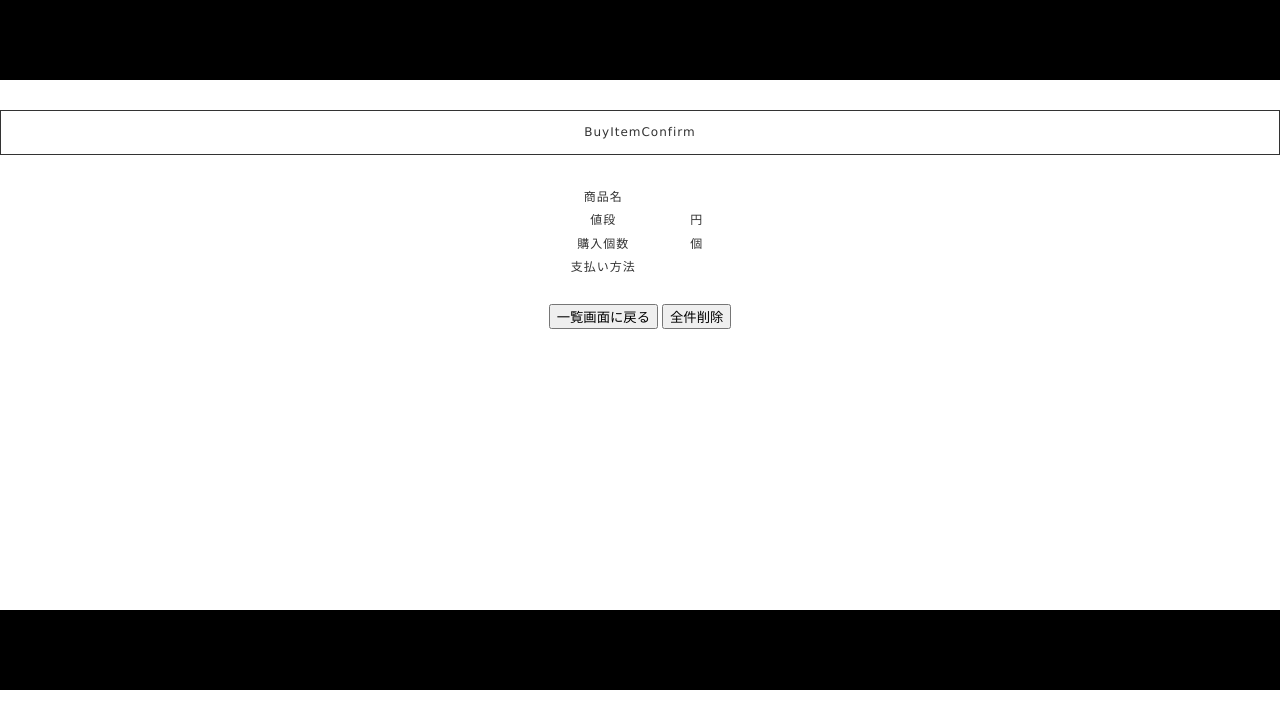
Repository: hirose0320/test
Page: http://localhost/ecsite2/userListDeleteConfirm.jsp
These files come from the project's save history. The page is drawn as it stood at one moment and after the next save; the edit follows.
The browser window is 1280 px wide. The pictures show the whole page.
Some web libraries are served in a nearby version. The page is served by Tomcat 9. Other server files are loaded and not shown.

Above is the page before, as saved 2019-03-07 01:49:49.

### ecsite2/WebContent/userListDeleteConfirm.jsp
<%@ page language="java" contentType="text/html; charset=UTF-8"
	pageEncoding="UTF-8"%>
<%@ taglib prefix="s" uri="/struts-tags"%>
<!DOCTYPE html>
<html>
<head>
<meta http-equiv="Content-Type" content="text/html; charset=UTF-8" />
<meta http-equiv="Content-Style-Type" content="text/css" />
<meta http-equiv="Content-Script-Type" content="text/javascript" />
<meta http-equiv="imagetoolbar" content="no" />
<meta name="description" content="" />
<meta name="keywords" content="" />
<script src="http://ajax.googleapis.com/ajax/libs/jquery/1.9.1/jquery.min.js
"></script>
<title>削除確認画面</title>

<style type="text/css">
body {
	margin: 0;
	padding: 0;
	line-height: 1.6;
	letter-spacing: 1px;
	font-family: Verdana, Helvetica, sans-serif;
	font-size: 12px;
	color: #333;
	background: #fff;
}

table {
	text-align: center;
	margin: 0 auto;
}

#top {
	width: 780ox;
	margin: 30px auto;
	border: 1px solid #333;
}

#header {
	width: 100%;
	height: 80px;
	background-color: black;
}

#main {
	width: 100%;
	height: 500px;
	text-align: center;
}

#footer {
	width: 100%;
	height: 80px;
	background-color: black;
	clear: both;
}
</style>
<script type="text/javascript">
	function submitAction(url) {
		$('form').attr('action', url);
		$('form').submit();
	}
</script>

</head>
<body>
	<div id="header">
		<div id="pr"></div>
	</div>
	<div id="main">
		<div id="top">
			<p>BuyItemConfirm</p>
		</div>
		<div>

			<s:form>
				<tr>
					<td>商品名</td>
					<td><s:property value="session.buyItem_name" /></td>
				</tr>
				<tr>
					<td>値段</td>
					<td><s:property value="session.total_price" /> <span>円</span></td>
				</tr>
				<tr>
					<td>購入個数</td>
					<td><s:property value="session.count" /><span>個</span></td>
				</tr>
				<tr>
					<td>支払い方法</td>
					<td><s:property value="session.pay" /></td>
				</tr>
				<tr>
					<td><br></td>
				</tr>
				<tr>
					<td><input type="button" value="一覧画面に戻る"
						onclick="submitAction('UserListAction')" /></td>
					<td><input type="button" value="全件削除"
						onclick="submitAction('UserListDeleteCompleteAction')" /></td>

				</tr>
			</s:form>

		</div>
	</div>
	<div id="footer">
		<div id="pr"></div>
	</div>
</body>
</html>

After the next save:
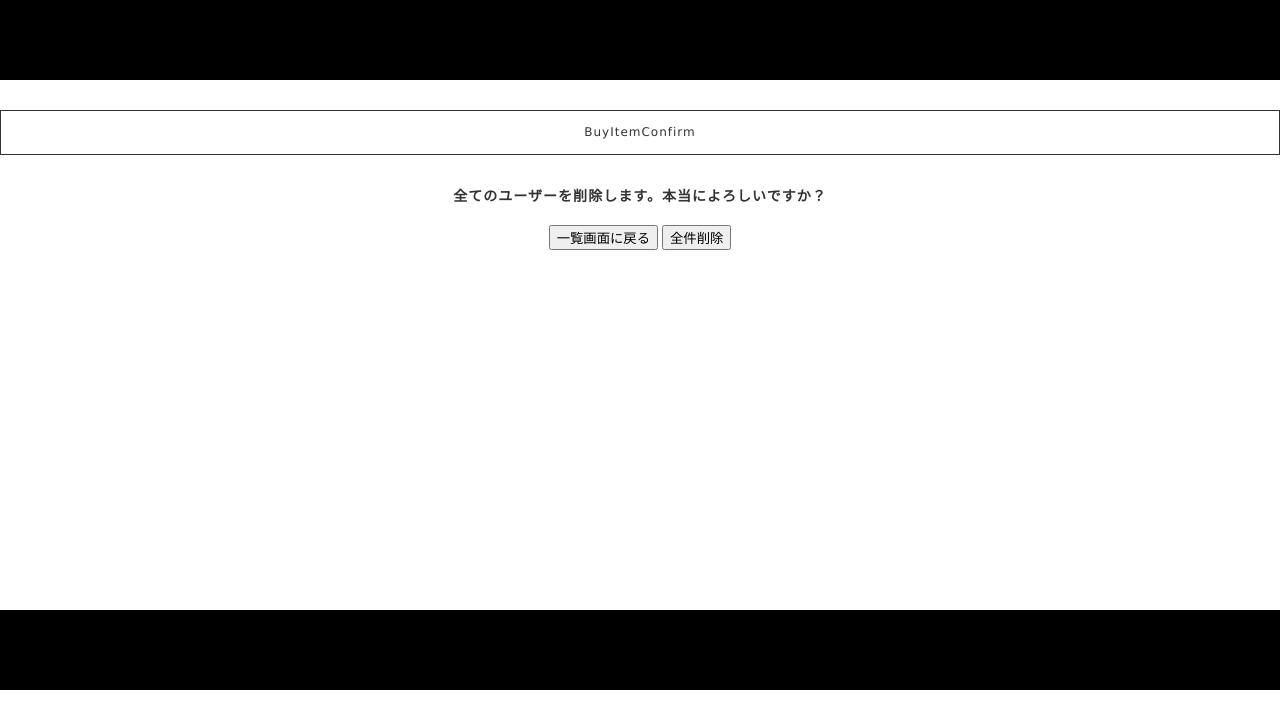
Saved 119 s later.
--- a/ecsite2/WebContent/userListDeleteConfirm.jsp
+++ b/ecsite2/WebContent/userListDeleteConfirm.jsp
@@ -75,25 +75,7 @@
 		<div>
 
 			<s:form>
-				<tr>
-					<td>商品名</td>
-					<td><s:property value="session.buyItem_name" /></td>
-				</tr>
-				<tr>
-					<td>値段</td>
-					<td><s:property value="session.total_price" /> <span>円</span></td>
-				</tr>
-				<tr>
-					<td>購入個数</td>
-					<td><s:property value="session.count" /><span>個</span></td>
-				</tr>
-				<tr>
-					<td>支払い方法</td>
-					<td><s:property value="session.pay" /></td>
-				</tr>
-				<tr>
-					<td><br></td>
-				</tr>
+				<h3>全てのユーザーを削除します。本当によろしいですか？</h3>
 				<tr>
 					<td><input type="button" value="一覧画面に戻る"
 						onclick="submitAction('UserListAction')" /></td>
